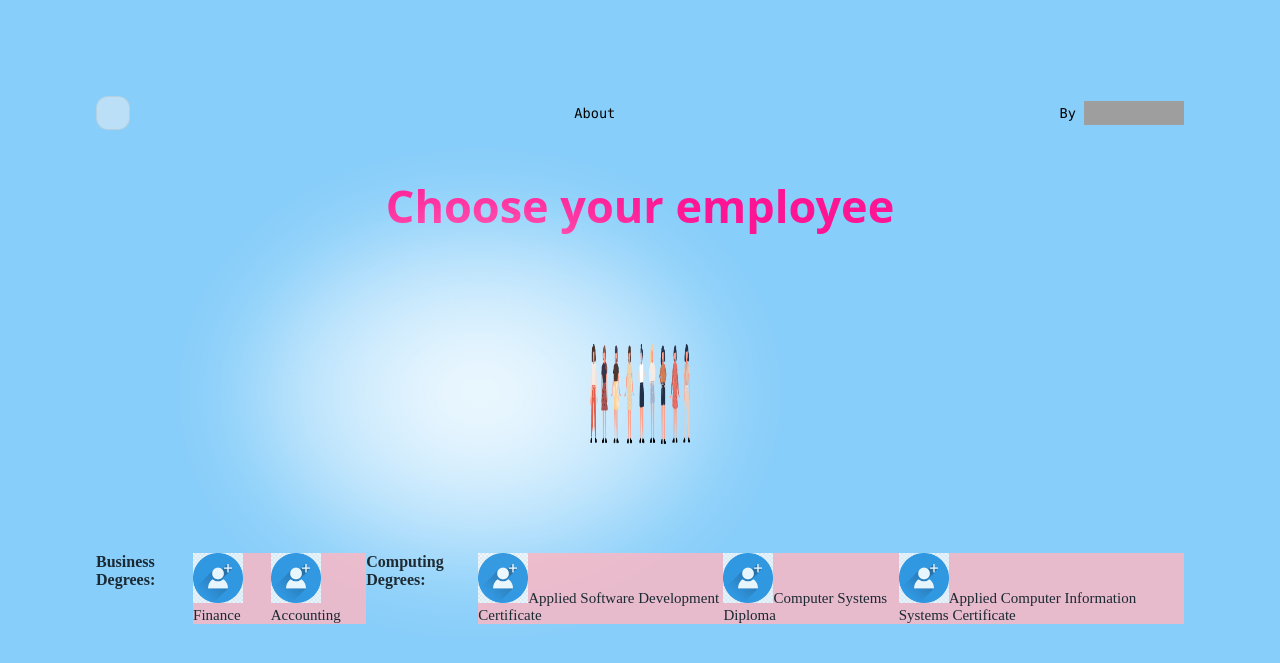
Repository: bguemos/week3example
Page: /
An editor plug-in stored every save of this project. The page is shown before and after the next save, followed by the edit.
The browser window is 1280 px wide. The pictures show the whole page.
Pictures or frames that could not be fetched are drawn as grey boxes. The project was rebuilt for these pictures with package versions that can differ from the ones it lists, and the page was loaded fresh each time. The framework's server and built-in components were replaced by stand-ins that run in the browser. Also part of the build but not shown: next.config.js.

Above is the page before, as saved 2023-01-22 18:00:32.

### pages/index.js
import Head from 'next/head'
import Image from 'next/image'
import { Inter } from '@next/font/google'
import styles from '@/styles/Home.module.css'
import data from '../data/education.json'
import { useState } from 'react'
import Card from '../components/Card'
import Link from 'next/link'

const inter = Inter({ subsets: ['latin'] })

export default function Home() {
    const [information, setInformation] = useState([...data])
     console.log(data);
  return (
    <>
      <Head>
        <title>The Office</title>
        <meta name="description" content="Generated by create next app" />
        <meta name="viewport" content="width=device-width, initial-scale=1" />
        <link rel="icon" href="/favicon.ico" />
      </Head>
      <main className={styles.main}>
        <div className={styles.description}>
          <p>

            <code className={styles.code}></code>
          </p>
          <Link href="About">About</Link>
          <div>
            <a


            >
              By{' '}
              <Image
                src="/vercel.svg"
                alt="Vercel Logo"
                className={styles.vercelLogo}
                width={100}
                height={24}
                priority
              />
            </a>
          </div>
        </div>

        <h1 className={styles.header}> Choose your employee</h1>

        <div className={styles.center}>
          <Image
            className={styles.logo}
            src="/women.png"
            alt="womanLogo"
            width={100}
            height={100}
            priority
          />


        </div>

        <div className={styles.grid}>
          <b> Business Degrees: </b>
          {information && information.map((info, index) => {
            if(info.department === "Business"){
              return(
                <Card key={index} degree={info.degree} colour="lightPink" font="15px"/>
              )
            }
           })}
           <b> Computing Degrees:</b>
           {information && information.map((info, index) => {
            if(info.department === "Computing"){
              return(
              <Card key={index} degree={info.degree} colour="lightPink" font="15px"/>
              )
            }
            })}
        </div>
      </main>
    </>
  )
}

### styles/Home.module.css
.main {
  display: flex;
  flex-direction: column;
  justify-content: space-between;
  align-items: center;
  padding: 6rem;
  min-height: 100vh;
  background-color: lightskyblue;

}
.label{
  font-size: 15px;
  font-family: system-ui, -apple-system, BlinkMacSystemFont, 'Segoe UI', Roboto, Oxygen, Ubuntu, Cantarell, 'Open Sans', 'Helvetica Neue', sans-serif;
  color: deeppink;
}

.description {
  display: inherit;
  justify-content: inherit;
  align-items: inherit;
  font-size: 0.85rem;
  max-width: var(--max-width);
  width: 100%;
  z-index: 2;
  font-family: var(--font-mono);
}

.description a {
  display: flex;
  justify-content: center;
  align-items: center;
  gap: 0.5rem;
}

.description p {
  position: relative;
  margin: 0;
  padding: 1rem;
  background-color: rgba(var(--callout-rgb), 0.5);
  border: 1px solid rgba(var(--callout-border-rgb), 0.3);
  border-radius: var(--border-radius);
}

.code {
  font-weight: 700;
  font-family: var(--font-mono);
}

.grid {
  display: flex;
  flex-direction: row;
  flex-wrap: nowrap;
  grid-template-columns: repeat(4, minmax(25%, auto));
  width: var(--max-width);
  max-width: 100%;
  opacity: .8;

}

.card {
  padding: 1rem 1.2rem;
  border-radius: var(--border-radius);
  background: rgba(var(--card-rgb), 0);
  border: 1px solid rgba(var(--card-border-rgb), 0);
  transition: background 200ms, border 200ms;
}

.card span {
  display: inline-block;
  transition: transform 200ms;
}

.card h2 {
  font-weight: 600;
  margin-bottom: 0.7rem;
}

.card p {
  margin: 0;
  opacity: 0.6;
  font-size: 0.9rem;
  line-height: 1.5;
  max-width: 30ch;
}

.center {
  display: flex;
  justify-content: center;
  align-items: center;
  position: relative;
  padding: 4rem 0;
}

.center::before {
  background: var(--secondary-glow);
  border-radius: 50%;
  width: 480px;
  height: 360px;
  margin-left: -400px;
}

.center::after {
  background: var(--primary-glow);
  width: 240px;
  height: 180px;
  z-index: -1;
}

.center::before,
.center::after {
  content: '';
  left: 50%;
  position: absolute;
  filter: blur(45px);
  transform: translateZ(0);
}

.logo,
.thirteen {
  position: relative;

}
.header{
  position: relative;
  font-size: 45px;
  font-family: system-ui, -apple-system, BlinkMacSystemFont, 'Segoe UI', Roboto, Oxygen, Ubuntu, Cantarell, 'Open Sans', 'Helvetica Neue', sans-serif;
  color: deeppink;
}

.thirteen::before,
.thirteen::after {
  content: '';
  position: absolute;
  z-index: -1;
}

/* Conic Gradient Animation */
.thirteen::before {
  animation: 6s rotate linear infinite;
  width: 200%;
  height: 200%;
  background: var(--tile-border);
}

/* Inner Square */
.thirteen::after {
  inset: 0;
  padding: 1px;
  border-radius: var(--border-radius);
  background: linear-gradient(
    to bottom right,
    rgba(var(--tile-start-rgb), 1),
    rgba(var(--tile-end-rgb), 1)
  );
  background-clip: content-box;
}

/* Enable hover only on non-touch devices */
@media (hover: hover) and (pointer: fine) {
  .card:hover {
    background: rgba(var(--card-rgb), 0.1);
    border: 1px solid rgba(var(--card-border-rgb), 0.15);
  }

  .card:hover span {
    transform: translateX(4px);
  }
}

@media (prefers-reduced-motion) {
  .thirteen::before {
    animation: none;
  }

  .card:hover span {
    transform: none;
  }
}

/* Mobile */
@media (max-width: 700px) {
  .content {
    padding: 4rem;
  }

  .grid {
    grid-template-columns: 1fr;
    margin-bottom: 120px;
    max-width: 320px;
    text-align: center;
  }

  .card {
    padding: 1rem 2.5rem;
  }

  .card h2 {
    margin-bottom: 0.5rem;
  }

  .center {
    padding: 8rem 0 6rem;
  }

  .center::before {
    transform: none;
    height: 300px;
  }

  .description {
    font-size: 0.8rem;
  }

  .description a {
    padding: 1rem;
  }

  .description p,
  .description div {
    display: flex;
    justify-content: center;
    position: fixed;
    width: 100%;
  }

  .description p {
    align-items: center;
    inset: 0 0 auto;
    padding: 2rem 1rem 1.4rem;
    border-radius: 0;
    border: none;
    border-bottom: 1px solid rgba(var(--callout-border-rgb), 0.25);
    background: linear-gradient(
      to bottom,
      rgba(var(--background-start-rgb), 1),
      rgba(var(--callout-rgb), 0.5)
    );
    background-clip: padding-box;
    backdrop-filter: blur(24px);
  }

  .description div {
    align-items: flex-end;
    pointer-events: none;
    inset: auto 0 0;
    padding: 2rem;
    height: 200px;
    background: linear-gradient(
      to bottom,
      transparent 0%,
      rgb(var(--background-end-rgb)) 40%
    );
    z-index: 1;
  }
}

/* Tablet and Smaller Desktop */
@media (min-width: 701px) and (max-width: 1120px) {
  .grid {
    grid-template-columns: repeat(2, 50%);
  }
}

@media (prefers-color-scheme: dark) {
  .vercelLogo {
    filter: invert(1);
  }

  .logo,
  .thirteen img {
    filter: invert(1) drop-shadow(0 0 0.3rem #ffffff70);
  }
}

@keyframes rotate {
  from {
    transform: rotate(360deg);
  }
  to {
    transform: rotate(0deg);
  }
}

### data/education.json
[
        {
            "studentNumber": "A0004567",
            "firstName": "Person 1",
            "gpa": 3.8,
            "department": "Business",
            "degree": "Finance",
            "graduted": 2014
        },
        {
            "studentNumber": "A0001234",
            "firstName": "Person 2",
            "gpa": 3.5,
            "department": "Business",
            "degree": "Accounting",
            "graduted": 2010
        },
        {
            "studentNumber": "A0007890",
            "firstName": "Person 3",
            "gpa": 3.2,
            "department": "Computing",
            "degree": "Applied Software Development Certificate",
            "graduted": 2018
        },
        {
            "studentNumber": "A0007828",
            "firstName": "Person 4",
            "gpa": 3.9,
            "department": "Computing",
            "degree": "Computer Systems Diploma",
            "graduted": 2021
        },
        {
            "studentNumber": "A0003425",
            "firstName": "Person 5",
            "gpa": 3.2,
            "department": "Computing",
            "degree": "Applied Computer Information Systems Certificate",
            "graduted": 2021
        }
]

### components/Card/index.js
export default function Card({
    degree= "none",
    colour= "purple",
    font = "0",
    image = "icon/personTwo.png"
}) {
    return(
        <div style={{backgroundColor: colour, fontSize:font}}>
         {
            colour === "red" ? <img src={'icon/person.png'} width="50"/> :
            colour === "blue" ? <img src={'icon/personThree.png'} width="50"/>:
                                <img src={image} width="50" />
         }
         {degree}
        </div>
    )
}

Loaded but not shown: pages/_app.js (common file); pages/_document.js (common file); styles/globals.css (common file)

After the next save:
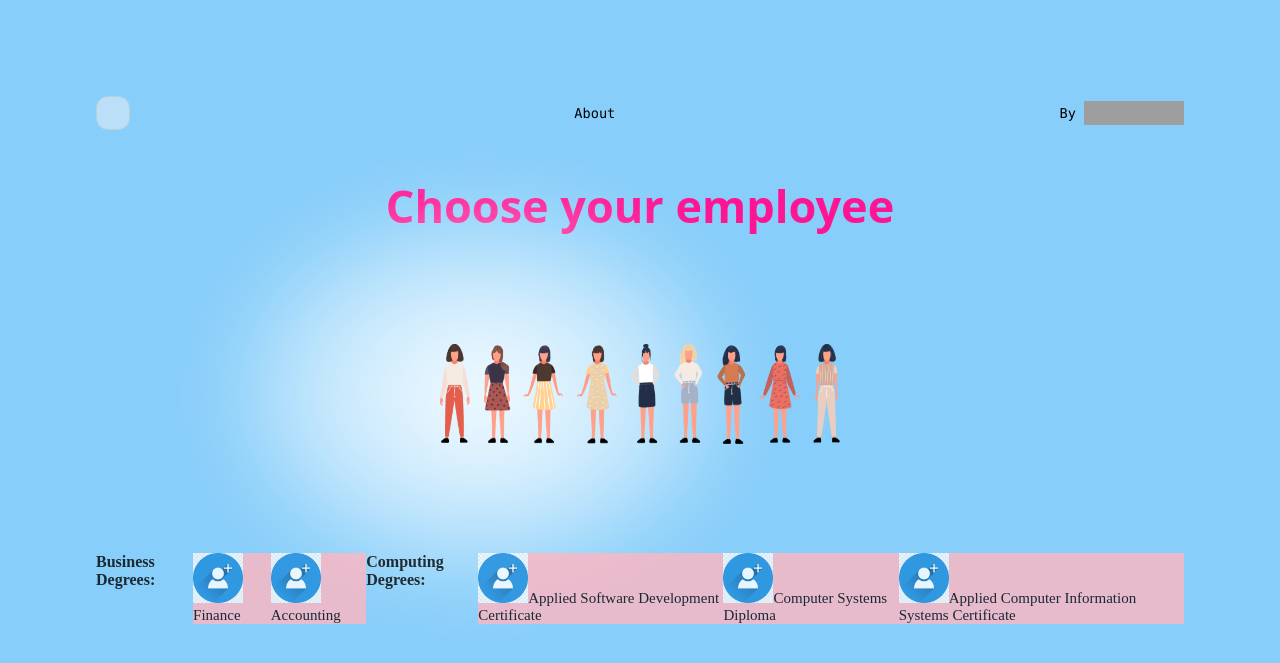
Saved 11 s later.
--- a/pages/index.js
+++ b/pages/index.js
@@ -52,7 +52,7 @@
             className={styles.logo}
             src="/women.png"
             alt="womanLogo"
-            width={100}
+            width={400}
             height={100}
             priority
           />
